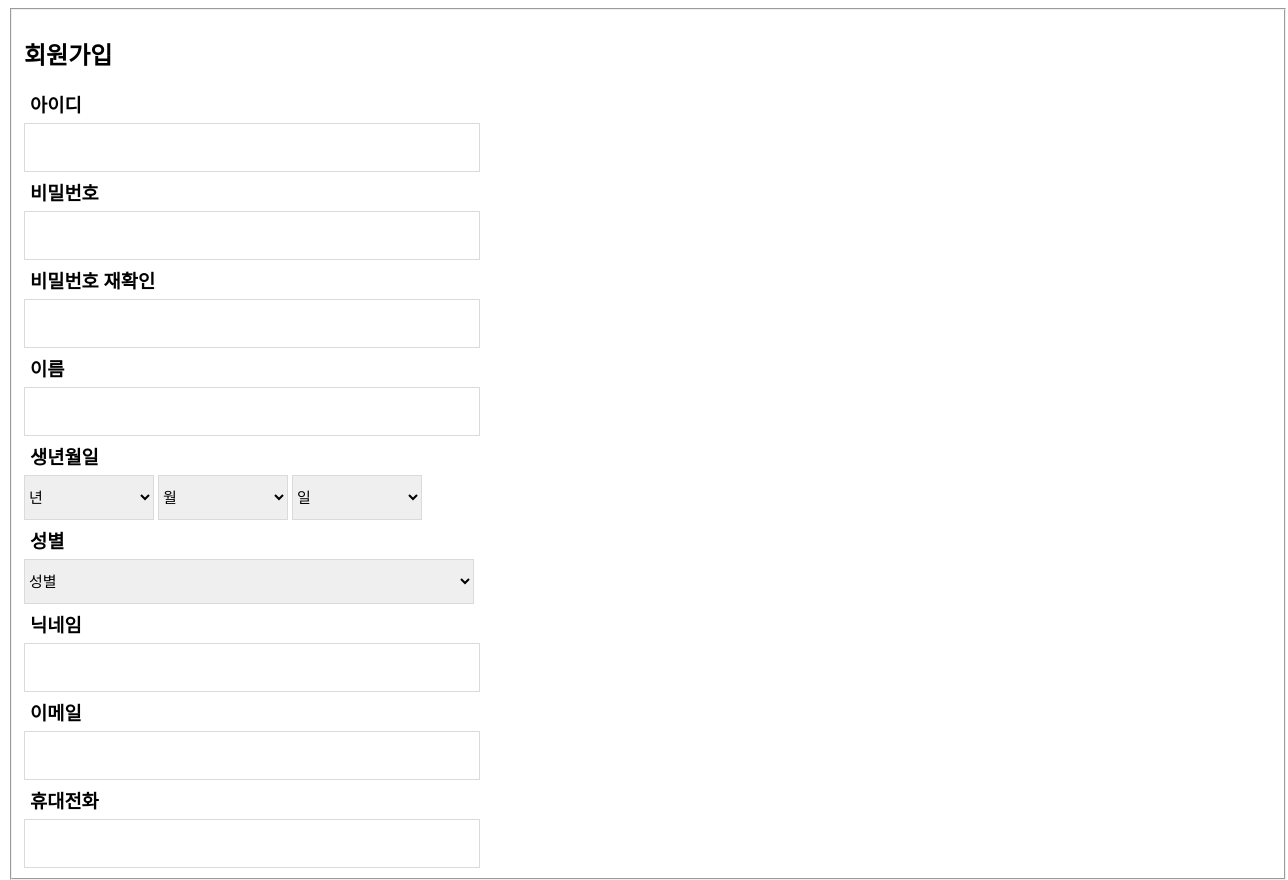
Repository: agheha/trillion
Page: YH/login/login.html
The author's editor kept a copy of each file at every save. The page is drawn from the files as they stood at one save, then again after the next save.
The browser window is 1280 px wide. The page is 1288 px wide, so the pictures cover 1288 px, including what lies to the right of the window. The pictures show the whole page.

Above is the page before, as saved 2019-09-03 18:31:35.

After the next save:
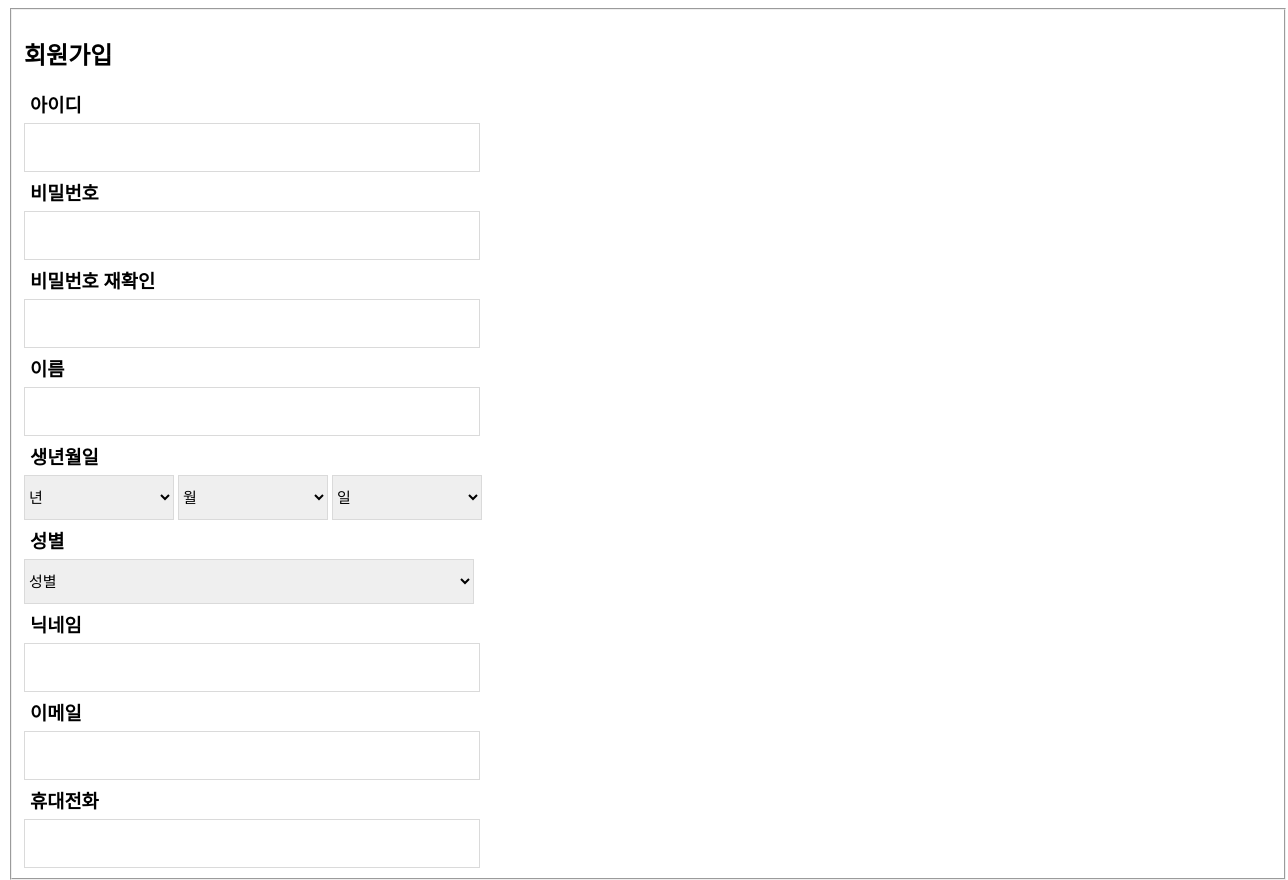
Saved 16 s later.
--- a/YH/login/login.css
+++ b/YH/login/login.css
@@ -17,7 +17,7 @@ input{
     font-size: 15px;
 }
 #birth_year,#birth_month,#birth_date {
-    width: 130px;
+    width: 150px;
     height: 45px;
     border: 1px solid #dadada;
     font-size: 15px;
